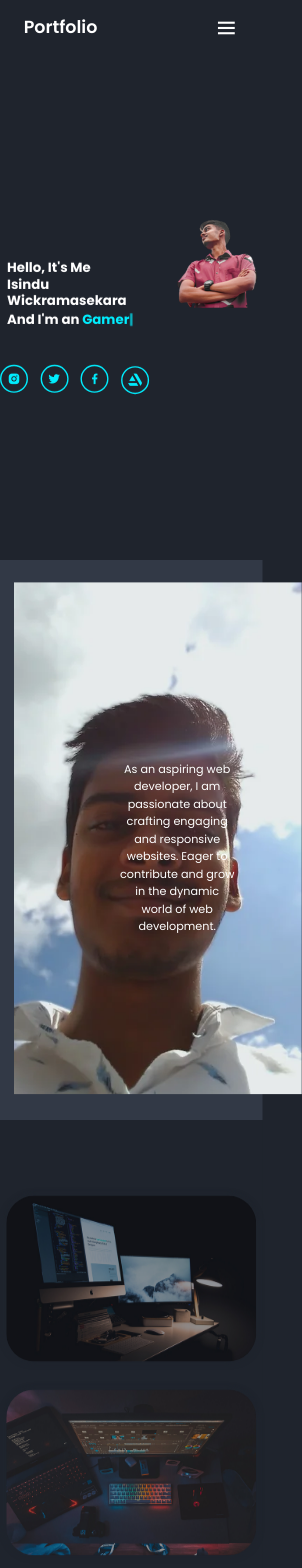
Repository: tectonic679/website1
Page: index.html
The author's editor kept a copy of each file at every save. The page is drawn from the files as they stood at one save, then again after the next save.
The browser window is 375 px wide. The page is 431 px wide, so the pictures cover 431 px, including what lies to the right of the window. The pictures show the part of the page from y = 0 to 2240 px (the page is 3449 px tall), at 70% of full size.
Some web libraries are served in a nearby version.

Above is the page before, as saved 2023-12-15 14:25:15.

### index.html
<!DOCTYPE html>
<html lang="en">

<head>
    <meta charset="UTF-8" />
    <meta http-equiv="X-UA-Compatible" content="IE=edge" />
    <meta name="viewport" content="width=device-width, initial-scale=1.0" />
    <title>My Portfolio</title>

    <!-- box icons -->
    <link rel="preconnect stylesheet" href="https://unpkg.com/boxicons@2.1.4/css/boxicons.min.css">
    <script src="https://kit.fontawesome.com/a3db4ffc1d.js" crossorigin="anonymous"></script>

    <!-- custom css -->
    <link rel="stylesheet" type="text/css" href="style.css">
</head>

<body>
    <!-- header design -->
    <header class="header">
        <a href="#" class="logo">Portfolio</a>
        <i class='bx bx-menu' id="menu-icon"></i>
        <nav class="navbar">
            <a href="#home" class="active">Home</a>
            <a href="#about">About</a>
            <!--<a href="#skills">Skills</a>-->
            <a href="#portfolio">Portfolio</a>
            <a href="#contact">Contact</a>
        </nav>
    </header>

    <!-- home section design -->
    <section class="home reveal" id="home">
        <div class="home-content" data-sr-id="0" style="visibility: visible; opacity: 1;">
            <h3>Hello, It's Me</h3>
            <h1>Isindu Wickramasekara</h1>
            <h3>And I'm an <span class="multiple-text"></span></h3>
            <div class="social-media">
                <a href="https://instagram.com/isind_u_?igshid=NzZlODBkYWE4Ng=="><i class='bx bxl-instagram-alt'></i></a>
                <a href="https://twitter.com/Tectoni96104562"><i class='bx bxl-twitter'></i></a>
                <a href="#"><i class='bx bxl-facebook'></i></a>
                <a href="https://www.artstation.com/psyphon"><i class="fab fa-artstation"></i></a>
            </div>
        </div>
        <div class="home-img reveal">
            <img src="images/imagehome.png" alt="home image">
        </div>
    </section>

    <!-- about section design START FROM HERE 19:54 VIDEO STAMP -->
    <section class="about reveal" id="about">
        <div class="about-content-wrapper">
            <div class="about-img">
                <img src="images/about.webp" alt="About Image">
            </div>
            <div class="about-content">
                <h2 class="heading">About <span>Me</span></h2>
                <h3><span class="multiple-text"></span></h3>
                <p>As an aspiring web developer, I am passionate about crafting engaging and responsive websites. Eager to contribute and grow in the dynamic world of web development.
                </p>
                <!--<a href="#" class="btn">Read More</a>-->
            </div>
        </div>
    </section>

    <!-- projects section design -->
    <!--<section class="projects" id="project">
        <h2 class="heading">My <span>Projects</span></h2>

        <div class="projects-container">
            <div class="projects-box">
                <i class='bx bx-code-alt'></i>>
                <h3>Web Development</h3>
                <p>Lorem ipsum dolor sit amet consectetur adipisicing elit. Culpa aperiam architecto, aliquid necessitatibus inventore velit iste eaque provident, doloribus perferendis eligendi dignissimos quae molestiae nesciunt ut dolor sed consequuntur
                    sunt?
                </p>
                <a href="#" class="btn">Click to View</a>
            </div>

            <div class="projects-box">
                <i class='bx bxs-paint'></i>
                <h3>Graphic Design</h3>
                <p>Lorem ipsum dolor sit amet consectetur adipisicing elit. Culpa aperiam architecto, aliquid necessitatibus inventore velit iste eaque provident, doloribus perferendis eligendi dignissimos quae molestiae nesciunt ut dolor sed consequuntur
                    sunt?
                </p>
                <a href="#" class="btn">Click to View</a>
            </div>

            <div class="projects-box">
                <i class='bx bx-code-alt'></i>>
                <h3>Web Development</h3>
                <p>Lorem ipsum dolor sit amet consectetur adipisicing elit. Culpa aperiam architecto, aliquid necessitatibus inventore velit iste eaque provident, doloribus perferendis eligendi dignissimos quae molestiae nesciunt ut dolor sed consequuntur
                    sunt?
                </p>
                <a href="#" class="btn">Click to View</a>
            </div>
        </div>
    </section>-->
    <!-- portfolio section design -->
    <section class="portfolio reveal" id="portfolio">
        <h2 class="heading">Latest <span>Project</span></h2>

        <div class="portfolio-container">
            <div class="portfolio-box">
                <img src="images/portfolio1.jpg">
                <div class="portfolio-layer">
                    <h4>Web Design</h4>
                    <p>Check out my web design projects</p>
                    <a href="portofolio\index.html"><i class='bx bx-link-external'></i></a>
                </div>
            </div>

            <div class="portfolio-box">
                <img src="images/portfolio3.jpg">
                <div class="portfolio-layer">
                    <h4>Graphic Design</h4>
                    <p>Check out my renders made with Blender</p>
                    <a href="https://instagram.com/isind_u_?igshid=NzZlODBkYWE4Ng=="><i class='bx bxs-paint'></i></a>
                </div>
            </div>

            <div class="portfolio-box">
                <img src="images/portfolio4.jpg">
                <div class="portfolio-layer">
                    <h4>Certificates</h4>
                    <p>A list of Certificates</p>
                    <a href="image_slider.html"><i class='bx bxs-paint'></i></a>
                </div>
            </div>

            <!--<div class="portfolio-box">
                <img src="images/portfolio5.jpg">
                <div class="portfolio-layer">
                    <h4>Graphic Design</h4>
                    <p>Lorem ipsum dolor sit amet, consectetur adipisicing elit. Ullam, nostrum?</p>
                    <a href="#"><i class='bx bxs-paint'></i></a>
                </div>
            </div>

            <div class="portfolio-box">
                <img src="images/portfolio6.jpg">
                <div class="portfolio-layer">
                    <h4>Graphic Design</h4>
                    <p>Lorem ipsum dolor sit amet, consectetur adipisicing elit. Ullam, nostrum?</p>
                    <a href="#"><i class='bx bxs-paint'></i></a>
                </div>
            </div>

            <div class="portfolio-box">
                <img src="images/portfolio6.jpg">
                <div class="portfolio-layer">
                    <h4>Graphic Design</h4>
                    <p>Lorem ipsum dolor sit amet, consectetur adipisicing elit. Ullam, nostrum?</p>
                    <a href="#"><i class='bx bxs-paint'></i></a>
                </div>
            </div>-->
        </div>
    </section>

    <!-- contact section design -->
    <section class="contact reveal" id="contact">
        <h2 class="heading">Contact <span>Me</span></h2>
        <form onsubmit="sendEmail(); reset(); return false;" id="contactForm">
            <div class="input-box">
                <input type="text" id="name" name="fullName" id="name" placeholder="Full Name">
                <input type="email" id="email" name="email" id="email" placeholder="Email Address">
            </div>

            <div class="input-box">
                <input type="tel" id="phone" name="phone" id="phone" placeholder="Mobile Number">
                <input type="text" id="subject" name="subject" id="subject" placeholder="Email Subject">
            </div>
            <textarea id="message" name="message" cols="30" rows="10" id="message" placeholder="Your Message"></textarea>
            <input type="submit" value="Send Message" class="btn">
            <!-- Corrected 'inupt' to 'input' -->
        </form>
    </section>

    <!-- footer design -->
    <footer class="footer">
        <div class="footer-text">
            <p>Copyright &copy; 2023 by Isindu | All Rights Reserved.</p>
        </div>

        <div class="footer-iconTop">
            <a href="#home"><i class='bx bx-up-arrow-alt'></i></a>
        </div>

    </footer>

    <script src="https://unpkg.com/scrollreveal"></script>

    <!-- custom js -->
    <script src="https://unpkg.com/typed.js@2.1.0/dist/typed.umd.js"></script>
    <script src="js/script.js"></script>
    <script src="https://cdn.jsdelivr.net/npm/sweetalert2@11"></script>
    <script src="https://smtpjs.com/v3/smtp.js"></script>
    <script src="main.js"></script>
</body>

</html>

### style.css
@import url('https://fonts.googleapis.com/css2?family=Poppins:wght@300;400;500;600;700;800;900&display=swap');
* {
    margin: 0;
    padding: 0;
    box-sizing: border-box;
    text-decoration: none;
    border: none;
    outline: none;
    scroll-behavior: smooth;
    font-family: 'Poppins', sans-serif;
}

:root {
    --bg-color: #1f242d;
    --second-bg-color: #323946;
    --text-bg-color: #fff;
    --main-bg-color: #0ef;
}

html {
    font-size: 62.5%;
    overflow-x: hidden;
}

body {
    background: var(--bg-color);
    color: var(--text-bg-color);
}

section {
    min-height: 100vh;
    color: var(--text-bg-color);
}

.header {
    position: fixed;
    top: 0;
    left: 0;
    width: 100%;
    padding: 2rem 9%;
    background: var(--bg-color);
    display: flex;
    justify-content: space-between;
    align-items: center;
    z-index: 100;
}

.header.sticky {
    border-bottom: .1rem solid rgba(0, 0, 0, .2);
}

.logo {
    font-size: 2.5rem;
    color: var(--text-bg-color);
    font-weight: 600;
    cursor: default;
}

.navbar a {
    font-size: 1.7rem;
    color: var(--text-bg-color);
    margin-left: 4rem;
    transition: .3s;
}

.navbar a:hover,
.navbar a.active {
    color: var(--main-bg-color);
}

#menu-icon {
    font-size: 3.6rem;
    color: var(--text-bg-color);
    display: none;
}

.home {
    display: flex;
    justify-content: center;
    align-items: center;
}

.home-img img {
    width: 35vw;
    animation: floatImage 4s ease-in-out infinite;
}

@keyframes floatImage {
    0% {
        transform: translateY(0);
    }
    50% {
        transform: translateY(-2.4rem);
    }
    100% {
        transform: translateY(0);
    }
}

.home-content h3 {
    font-size: 3.2rem;
    font-weight: 700;
}

.home-content h3:nth-of-type(2) {
    margin-bottom: 2rem;
}

span {
    color: var(--main-bg-color);
}

.home-content h1 {
    font-size: 3.2rem;
    font-weight: 700;
    line-height: 1.3;
}

.social-media a {
    display: inline-flex;
    justify-content: center;
    align-items: center;
    width: 4rem;
    height: 4rem;
    background: transparent;
    border: .2rem solid var(--main-bg-color);
    border-radius: 50%;
    font-size: 2rem;
    color: var(--main-bg-color);
    margin: 3rem 1.5rem 3rem 0;
    transition: .5s ease;
}

.social-media a:hover {
    background: var(--main-bg-color);
    color: var(--second-bg-color);
    box-shadow: 0 0 1rem var(--main-bg-color);
}

.btn {
    display: inline-block;
    padding: 1rem 2.8rem;
    background: var(--main-bg-color);
    border-radius: 4rem;
    box-shadow: 0 0 1rem var(--main-bg-color);
    font-size: 1.6rem;
    color: var(--second-bg-color);
    letter-spacing: .1rem;
    font-weight: 600;
    transition: .5s ease;
}

.btn:hover {
    box-shadow: none;
}

.about {
    display: flex;
    justify-content: center;
    align-items: center;
    gap: 200rem;
    background: var(--second-bg-color);
    min-height: 100vh;
}

.about-content-wrapper {
    display: flex;
    align-items: center;
    justify-content: space-around;
    width: 100%;
    padding: 2rem;
    /* Add padding to the wrapper */
}

.about-img {
    width: 35vw;
    max-width: 100%;
}

.about-content {
    flex: 1;
    text-align: center;
    padding: 0 2rem;
}

.heading {
    font-size: 4.5rem;
    margin-bottom: 1rem;
}

.about-content h2,
.about-content h3 {
    text-align: center;
    font-size: 2.6rem;
    line-height: 1.2;
}

.about-content p {
    text-align: center;
    font-size: 1.6rem;
    margin: 2rem 0 3rem;
}

.btn {
    display: inline-block;
    padding: 1rem 2.8rem;
    background: var(--main-bg-color);
    border-radius: 4rem;
    box-shadow: 0 0 1rem var(--main-bg-color);
    font-size: 1.6rem;
    color: var(--second-bg-color);
    letter-spacing: .1rem;
    font-weight: 600;
    transition: .5s ease;
    margin-top: 2rem;
}

.services h2 {
    margin-bottom: 5rem;
}

.services-container {
    display: flex;
    justify-content: center;
    align-items: center;
    flex-wrap: wrap;
    gap: 2rem;
}

.portfolio {
    background: var(--bg-color);
}

.portfolio h2 {
    text-align: center;
    margin-bottom: 4rem;
}

.portfolio-container {
    display: grid;
    grid-template-columns: repeat(3, 1fr);
    align-items: center;
    gap: 2.5rem;
    padding: 0 2.5%;
}

.portfolio-container .portfolio-box {
    position: relative;
    border-radius: 4rem;
    box-shadow: 0 0 1rem var(--bg-color);
    overflow: hidden;
    display: flex;
}

.portfolio-box img {
    width: 100%;
    transition: .5s ease;
}

.portfolio-box:hover img {
    transform: scale(1.1);
}

.portfolio-box .portfolio-layer {
    position: absolute;
    bottom: 0;
    left: 0;
    width: 100%;
    height: 100%;
    background: linear-gradient(rgba(0, 0, 0, .1), var(--main-bg-color));
    display: flex;
    justify-content: center;
    align-items: center;
    flex-direction: column;
    text-align: center;
    padding: 0 4rem;
    transform: translateY(100%);
    transition: .5s ease;
}

.portfolio-box:hover .portfolio-layer {
    transform: translateY(0);
}

.portfolio-layer h4 {
    text-align: center;
    font-size: 3rem;
}

.portfolio-layer p {
    text-align: center;
    font-size: 1.6rem;
    margin: .3rem 0 1rem;
}

.portfolio-layer a {
    display: inline-flex;
    justify-content: center;
    align-items: center;
    width: 5rem;
    height: 5rem;
    background: var(--text-bg-color);
    border-radius: 50%;
}

.contact h2 {
    margin-bottom: 3rem;
    text-align: center;
}

.contact form {
    max-width: 70rem;
    margin: 1rem auto;
    text-align: center;
    margin-bottom: 3rem;
}

.contact form .input-box {
    display: flex;
    justify-content: space-between;
    flex-wrap: wrap;
}

.contact form .input-box input,
.contact form textarea {
    width: 100%;
    padding: 1.5rem;
    font-size: 1.6rem;
    color: var(--text-bg-color);
    background: var(--second-bg-color);
    border-radius: .8rem;
    margin: .7rem 0;
}

.contact form .input-box input {
    width: 49%;
}

.contact form textarea {
    resize: none;
}

.contact form .btn {
    margin-top: 2rem;
    cursor: pointer;
}

.footer {
    display: flex;
    justify-content: space-between;
    align-items: center;
    flex-wrap: wrap;
    padding: 2rem 9%;
    background: var(--second-bg-color);
}

.footer-text p {
    font-size: 1.6rem;
}

.footer-iconTop a {
    display: inline-flex;
    justify-content: center;
    align-items: center;
    padding: .8rem;
    background: var(--main-bg-color);
    border-radius: .8rem;
    transition: .5s ease;
}

.footer-iconTop a:hover {
    box-shadow: 0 0 1rem var(--main-bg-color);
}

.footer-iconTop a i {
    font-size: 2.4rem;
    color: var(--second-bg-color);
}


/* Add these styles to your existing CSS */

header nav a.active {
    color: var(--main-bg-color);
}


/* Fix the typo in padding property */

@media screen and (max-width: 610px) {
    #menu-icon {
        display: block;
    }
    .home-content h3 {
        padding-left: 1rem;
        font-size: 1.9rem;
        /* Adjust the desired font size */
    }
    .home-content h1 {
        padding-left: 1rem;
        font-size: 1.9rem;
        /* Adjust the desired font size */
        line-height: 1.2;
    }
    .about {
        gap: 2rem;
    }
    .about-img {
        align-items: left;
        width: 35vw;
    }
    .portfolio {
        gap: 2rem;
    }
    .portfolio-container {
        grid-template-columns: 1fr;
        gap: 2rem;
        /* Change to a single column for mobile */
    }
    .portfolio-box {
        margin-bottom: 2rem;
        /* Add some space between portfolio items */
    }
    .portfolio-box img {
        width: 100%;
        /* Make the images take up the full width */
    }
    .portfolio-box .portfolio-layer {
        padding: 0 2rem;
        /* Adjust padding for mobile view */
    }
    .navbar {
        position: relative;
        top: 100%;
        left: 0;
        width: 100%;
        padding: 1rem 3%;
        /* Fix the typo here */
        background: var(--bg-color);
        border-top: .1rem solid rgba(0, 0, 0, .2);
        box-shadow: 0.5rem 1rem rgba(0, 0, 0, .2);
        display: none;
    }
    .navbar.active {
        display: block;
    }
    .navbar a {
        display: block;
        font-size: 2rem;
        margin: 3rem 0;
    }
}


/* Add the ScrollReveal CSS */

.sr .home-content,
.sr .heading {
    opacity: 0;
    transform: translateY(80px);
    transition: opacity 1s, transform 1s;
}

.sr .home-content.visible,
.sr .heading.visible {
    opacity: 1;
    transform: translateY(0);
}

### js/script.js
document.addEventListener('DOMContentLoaded', function() {
    const isMobile = window.innerWidth <= 610;

    // Initialize ScrollReveal for home-content
    ScrollReveal().reveal('.home-content', {
        delay: 200,
        opacity: 0,
        distance: '80px',
        duration: 1000,
        easing: 'ease',
        reset: true,
        mobile: !isMobile
    });

    // Initialize ScrollReveal for heading
    ScrollReveal().reveal('.heading', {
        delay: 200,
        opacity: 0,
        distance: '80px',
        duration: 1000,
        easing: 'ease',
        reset: true,
        mobile: !isMobile
    });

    // Your existing ScrollReveal configurations...

    // Initialize ScrollReveal with options
    const typed = new Typed('.multiple-text', {
        strings: ['Aspiring Developer', 'Gamer', 'Student', 'Athlete'],
        typeSpeed: 100,
        backSpeed: 100,
        backdelay: 1000,
        loop: true
    });

    const form = document.querySelector('form');
    const fullName = document.getElementById("name");
    const email = document.getElementById("email");
    const phone = document.getElementById("phone");
    const subject = document.getElementById("subject");
    const mess = document.getElementById("message");

    function sendEmail() {
        const bodyMessage = `Full Name: ${fullName.value}<br> Email: ${email.value}<br> Phone Number: ${phone.value}<br> Message: ${mess.value}<br>`;

        Email.send({
            SecureToken: "e108a27e-9ccb-4823-bbc1-81e52d3d3f0a",
            To: "contactisindu@gmail.com",
            From: "contactisindu@gmail.com",
            Subject: subject.value,
            Body: bodyMessage
        }).then(
            message => {
                if (message === "OK") {
                    Swal.fire({
                        title: "Success!",
                        text: "Message sent successfully!",
                        icon: "success"
                    });
                }
            }
        );
    }

    form.addEventListener("submit", (e) => {
        e.preventDefault();
        sendEmail();
    });
});

Loaded but not shown: main.js (no stored copy; drawn as an empty file)

After the next save:
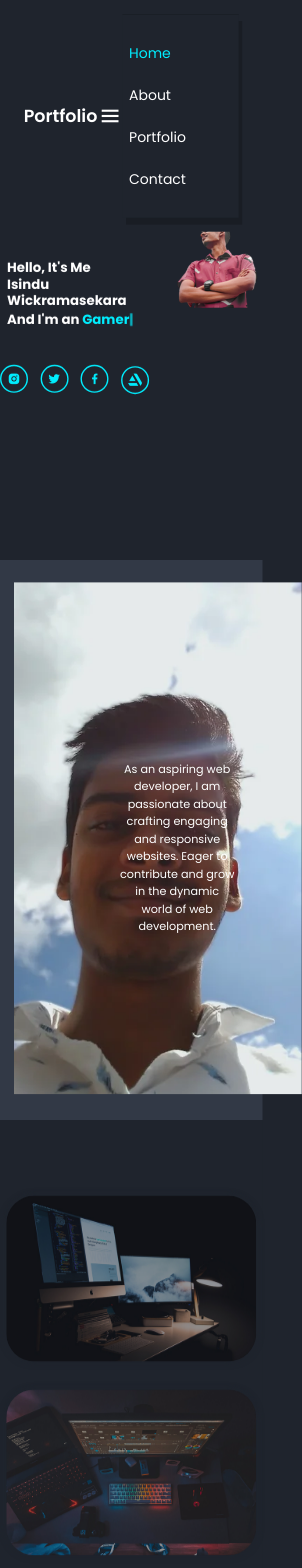
Saved 3 min 27 s later.
--- a/style.css
+++ b/style.css
@@ -439,10 +439,10 @@
         background: var(--bg-color);
         border-top: .1rem solid rgba(0, 0, 0, .2);
         box-shadow: 0.5rem 1rem rgba(0, 0, 0, .2);
+        display: block;
+    }
+    .navbar.active {
         display: none;
-    }
-    .navbar.active {
-        display: block;
     }
     .navbar a {
         display: block;

After the save that followed:
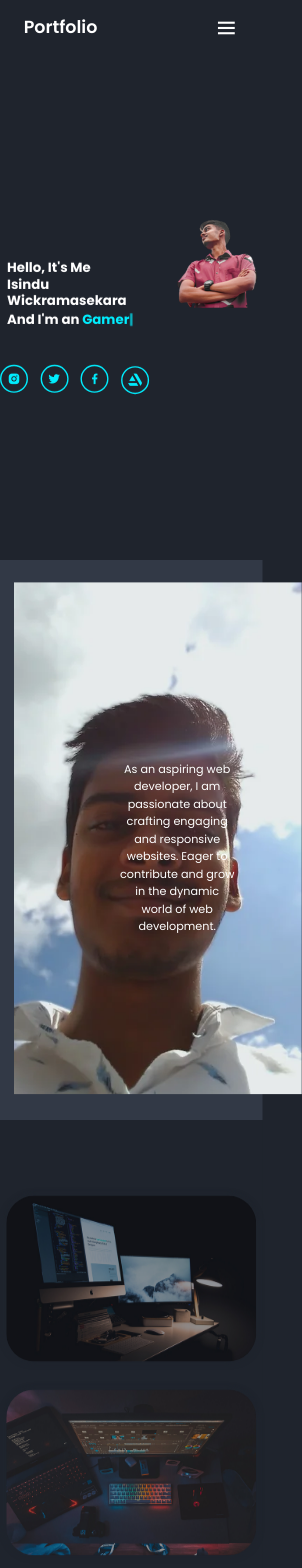
Saved 50 s later.
--- a/style.css
+++ b/style.css
@@ -439,10 +439,10 @@
         background: var(--bg-color);
         border-top: .1rem solid rgba(0, 0, 0, .2);
         box-shadow: 0.5rem 1rem rgba(0, 0, 0, .2);
+        display: none;
+    }
+    .navbar.active {
         display: block;
-    }
-    .navbar.active {
-        display: none;
     }
     .navbar a {
         display: block;
